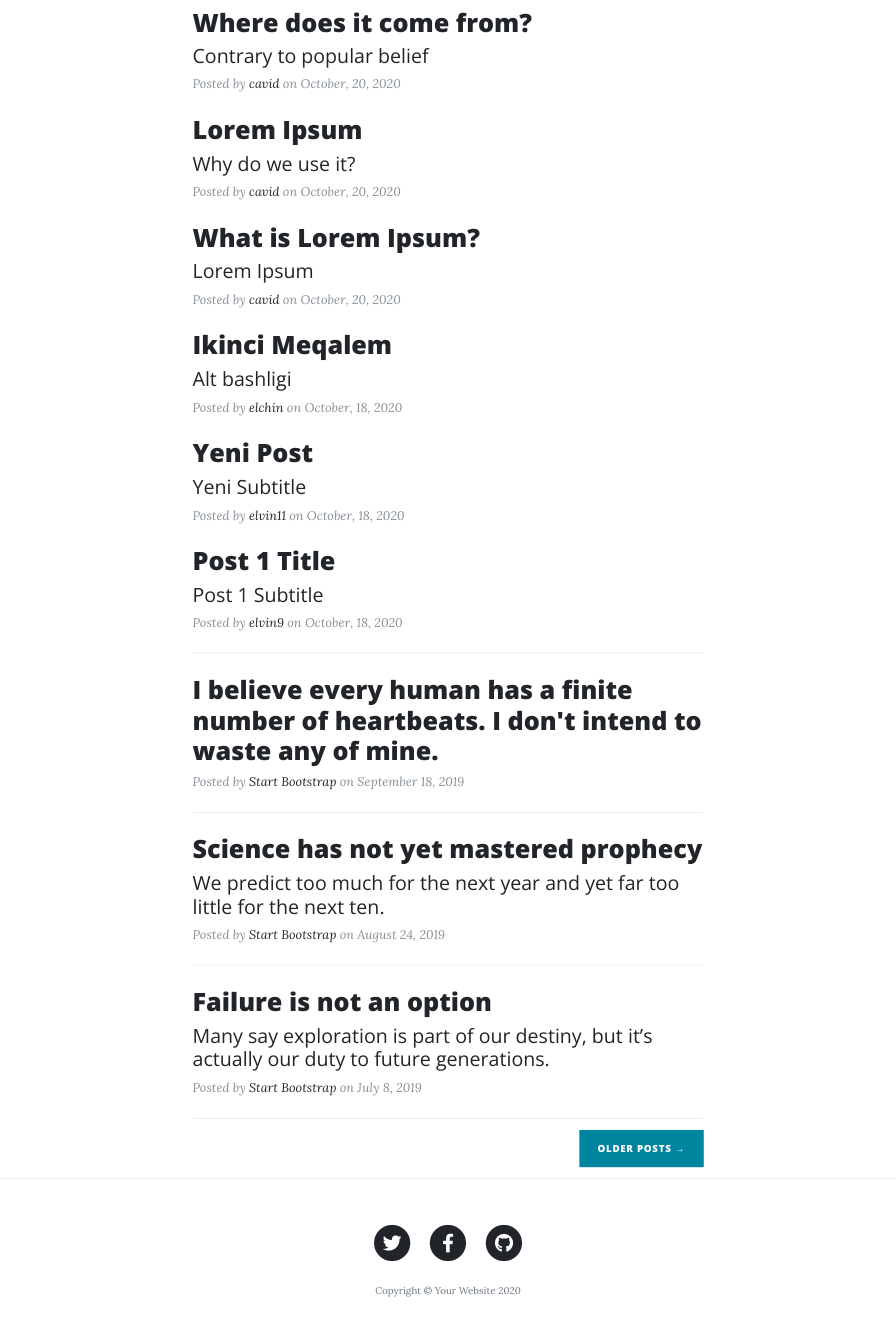
Repository: elvinyeka/elvin-blog
Page: http://localhost/
An editor plug-in stored every save of this project. The page is shown before and after the next save, followed by the edit.
The browser window is 1280 px wide. The pictures show the part of the page from y = 1375 to 3295 px (the page is 3295 px tall before and 2631 px after), at 70% of full size.
The page is served by the project's application, run on Flask 3 (CLEANBLOG/__init__.py). Other server files are loaded and not shown. The page reads the database file committed with the project.

Above is the page before, as saved 2020-10-18 23:02:47.

### CLEANBLOG/templates/index.html
{% extends 'base.html' %} {% block content%}

<!-- Page Header -->
<header class="masthead" style="background-image: url('{{url_for('static', filename = 'img/home-bg.jpg')}}')">
    <div class="overlay"></div>
    <div class="container">
        <div class="row">
            <div class="col-lg-8 col-md-10 mx-auto">
                <div class="site-heading">
                    <h1>Clean Blog</h1>
                    <span class="subheading">A Blog Theme by Start Bootstrap</span>
                </div>
            </div>
        </div>
    </div>
</header>

<!-- Main Content -->
<div class="container">



    <div class="row">
        <div class="col-lg-8 col-md-10 mx-auto">

            {% with messages = get_flashed_messages(with_categories = true) %}
                {% if messages %}
                    {% for category, message in messages %}
                        <div class="alert alert-{{category}}">
                            {{message}}
                        </div>
                    {% endfor %}

                {% endif %}
            {% endwith %}

            {% for post in posts %}
                <div class="post-preview">
                    <a href="post.html">
                        <h2 class="post-title">
                            {{post.title}}
                        </h2>
                        <h3 class="post-subtitle">
                            {{post.subtitle}}
                        </h3>
                    </a>
                    <p class="post-meta">Posted by
                        <a href="#">{{post.user.name}}</a> on {{post.post_date.strftime('%B, %d, %Y')}}</p>
                </div>

            {% endfor %}

            <hr>
            <div class="post-preview">
                <a href="post.html">
                    <h2 class="post-title">
                        I believe every human has a finite number of heartbeats. I don't intend to waste any of mine.
                    </h2>
                </a>
                <p class="post-meta">Posted by
                    <a href="#">Start Bootstrap</a> on September 18, 2019</p>
            </div>
            <hr>
            <div class="post-preview">
                <a href="post.html">
                    <h2 class="post-title">
                        Science has not yet mastered prophecy
                    </h2>
                    <h3 class="post-subtitle">
                        We predict too much for the next year and yet far too little for the next ten.
                    </h3>
                </a>
                <p class="post-meta">Posted by
                    <a href="#">Start Bootstrap</a> on August 24, 2019</p>
            </div>
            <hr>
            <div class="post-preview">
                <a href="post.html">
                    <h2 class="post-title">
                        Failure is not an option
                    </h2>
                    <h3 class="post-subtitle">
                        Many say exploration is part of our destiny, but it’s actually our duty to future generations.
                    </h3>
                </a>
                <p class="post-meta">Posted by
                    <a href="#">Start Bootstrap</a> on July 8, 2019</p>
            </div>
            <hr>
            <!-- Pager -->
            <div class="clearfix">
                <a class="btn btn-primary float-right" href="#">Older Posts &rarr;</a>
            </div>
        </div>
    </div>
</div>

<hr> {% endblock%}

### CLEANBLOG/templates/base.html
<!DOCTYPE html>
<html lang="en">

<head>

    <meta charset="utf-8">
    <meta name="viewport" content="width=device-width, initial-scale=1, shrink-to-fit=no">
    <meta name="description" content="">
    <meta name="author" content=""> {% if title %}
    <title>Clean Blog - {{title}}</title>
    {% else %}
    <title>Clean Blog</title>
    {% endif %}

    <!-- Bootstrap core CSS -->
    <link href="{{url_for('static', filename='bootstrap.min.css')}}" rel="stylesheet">

    <!-- Custom fonts for this template -->
    <link href="/static/css/all.min.css" rel="stylesheet" type="text/css">
    <link href='https://fonts.googleapis.com/css?family=Lora:400,700,400italic,700italic' rel='stylesheet' type='text/css'>
    <link href='https://fonts.googleapis.com/css?family=Open+Sans:300italic,400italic,600italic,700italic,800italic,400,300,600,700,800' rel='stylesheet' type='text/css'>

    <!-- Custom styles for this template -->
    <link href="{{url_for('static', filename='clean-blog.min.css')}}" rel="stylesheet">

</head>

<body>

    <!-- Navigation -->
    <nav class="navbar navbar-expand-lg navbar-light fixed-top" id="mainNav">
        <div class="container">
            <a class="navbar-brand" href="{{url_for('index')}}">Start Flask</a>
            <button class="navbar-toggler navbar-toggler-right" type="button" data-toggle="collapse" data-target="#navbarResponsive" aria-controls="navbarResponsive" aria-expanded="false" aria-label="Toggle navigation">
        Menu
        <i class="fas fa-bars"></i>
      </button>
            <div class="collapse navbar-collapse" id="navbarResponsive">
                <ul class="navbar-nav ml-auto">
                    <li class="nav-item">
                        <a class="nav-link" href="{{url_for('index')}}">Home</a>
                    </li>
                    <li class="nav-item">
                        <a class="nav-link" href="{{url_for('about')}}">About</a>
                    </li>
                    <!-- <li class="nav-item">
                        <a class="nav-link" href="{{url_for('post')}}">Sample Post</a>
                    </li> -->
                    <li class="nav-item">
                        <a class="nav-link" href="{{url_for('contact')}}">Contact</a>
                    </li>

                    {% if current_user.is_authenticated %}
                        <li class="nav-item">
                            <a class="nav-link" href="{{url_for('new_post')}}">Add Post</a>
                        </li>
                        <li class="nav-item">
                            <a class="nav-link" href="{{url_for('logout')}}">LOGOUT</a>
                        </li>

                    {% else %}
                        <li class="nav-item">
                            <a class="nav-link" href="{{url_for('login')}}">LOGIN</a>
                        </li>

                        <li class="nav-item">
                            <a class="nav-link" href="{{url_for('register')}}">REGISTER</a>
                        </li>
                    {% endif %}

                </ul>
            </div>
        </div>
    </nav>

    {% block content%} {% endblock%}


    <!-- Footer -->
    <footer>
        <div class="container">
            <div class="row">
                <div class="col-lg-8 col-md-10 mx-auto">
                    <ul class="list-inline text-center">
                        <li class="list-inline-item">
                            <a href="#">
                                <span class="fa-stack fa-lg">
                                    <i class="fas fa-circle fa-stack-2x"></i>
                                    <i class="fab fa-twitter fa-stack-1x fa-inverse"></i>
                                </span>
                            </a>
                        </li>
                        <li class="list-inline-item">
                            <a href="#">
                                <span class="fa-stack fa-lg">
                                    <i class="fas fa-circle fa-stack-2x"></i>
                                    <i class="fab fa-facebook-f fa-stack-1x fa-inverse"></i>
                                </span>
                            </a>
                        </li>
                        <li class="list-inline-item">
                            <a href="#">
                                <span class="fa-stack fa-lg">
                                    <i class="fas fa-circle fa-stack-2x"></i>
                                    <i class="fab fa-github fa-stack-1x fa-inverse"></i>
                                </span>
                            </a>
                        </li>
                    </ul>
                    <p class="copyright text-muted">Copyright &copy; Your Website 2020</p>
                </div>
            </div>
        </div>
    </footer>

    <!-- Bootstrap core JavaScript -->
    <script src="{{url_for('static', filename='jquery.min.js')}}"></script>
    <script src="{{url_for('static', filename='bootstrap.bundle.min.js')}}"></script>

    <!-- Custom scripts for this template -->
    <script src="{{url_for('static', filename='clean-blog.min.js')}}"></script>

</body>

</html>

### CLEANBLOG/routes.py
from flask import render_template, flash, redirect, url_for
from CLEANBLOG import app, db
from CLEANBLOG.forms import RegisterForm, LoginForm, PostForm
from CLEANBLOG.models import  User, Post
from flask_login import login_user, current_user, logout_user, login_required


@app.route('/')
def index():
    posts = Post.query.order_by(Post.id.desc()).all()
    return render_template('index.html', title = 'HOME', posts=posts)

@app.route('/about')
def about():
    return render_template('about.html',title = 'ABOUT')

@app.route('/post')
def post():
    return render_template('post.html', title = 'POST')

@app.route('/contact')
def contact():
    return render_template('contact.html', title = 'CONTACT')

@app.route('/register', methods=['GET','POST'])
def register():
    if current_user.is_authenticated:
        return redirect(url_for('index'))
    form = RegisterForm()
    if form.validate_on_submit():
        user = User(name=form.name.data, email=form.email.data, password=form.password.data)
        db.session.add(user)
        db.session.commit()
        flash(f'{form.name.data} registered', 'success')
        return redirect(url_for('login'))
    return render_template('register.html', title = 'REGISTER', form=form)

@app.route('/login',methods=['GET', 'POST'])
def login():
    if current_user.is_authenticated:
        return redirect(url_for('index'))
    form = LoginForm()
    if form.validate_on_submit():
        user=User.query.filter_by(email=form.email.data).first()
        if user and user.password== form.password.data:
            login_user(user)
            return redirect(url_for('index'))
        else:
            flash(f'Login Unseccsful', 'danger')
    return render_template('login.html', title = 'LOGIN', form=form)


@app.route('/logout')
def logout():
    logout_user()
    return redirect(url_for('index'))


@app.route('/post.new', methods=['GET', 'POST'])
@login_required
def new_post():
    form = PostForm()
    if form.validate_on_submit():
        post= Post(title=form.title.data, subtitle= form.subtitle.data, post_text= form.post_text.data, user= current_user)
        db.session.add(post)
        db.session.commit()
        flash(f'Post is created', 'succes')
        return redirect(url_for('index'))
    return render_template('create_post.html', title = 'Create Post', form=form)

### CLEANBLOG/__init__.py
from flask import Flask
from flask_sqlalchemy import SQLAlchemy
from flask_login import  LoginManager

app = Flask(__name__)
app.config['SECRET_KEY'] = 'mysecretkey'
app.config['SQLALCHEMY_DATABASE_URI'] = 'sqlite:///blog.db'
db = SQLAlchemy(app)
login_manager = LoginManager(app)



from CLEANBLOG import  routes

### CLEANBLOG/blog.db (the tables this page reads, as SQL)
CREATE TABLE post (
	id INTEGER NOT NULL, 
	title VARCHAR NOT NULL, 
	subtitle VARCHAR NOT NULL, 
	post_date DATETIME NOT NULL, 
	post_text TEXT NOT NULL, 
	user_id INTEGER NOT NULL, 
	PRIMARY KEY (id), 
	FOREIGN KEY(user_id) REFERENCES user (id)
);
INSERT INTO "post" VALUES
(1, 'Post 1 Title', 'Post 1 Subtitle', '2020-10-18 22:56:19.607922', 'Posr 1 Text', 6),
(2, 'Yeni Post', 'Yeni Subtitle', '2020-10-18 23:00:27.439504', 'Yeni Postun icindekileri', 7),
(3, 'Ikinci Meqalem', 'Alt bashligi', '2020-10-18 23:09:42.016592', 'Meqaleni deyishdim', 8),
(4, 'What is Lorem Ipsum?', 'Lorem Ipsum', '2020-10-20 19:57:16.270032', 'Lorem Ipsum is simply dummy text of the printing and typesetting industry. Lorem Ipsum has been the industry''s standard dummy text ever since the 1500s, when an unknown printer took a galley of type and scrambled it to make a type specimen book. It has survived not only five centuries, but also the leap into electronic typesetting, remaining essentially unchanged. It was popularised in the 1960s with the release of Letraset sheets containing Lorem Ipsum passages, and more recently with desktop publishing software like Aldus PageMaker including versions of Lorem Ipsum.

Why do we use it?
It is a long established fact that a reader will be distracted by the readable content of a page when looking at its layout. The point of using Lorem Ipsum is that it has a more-or-less normal distribution of letters, as opposed to using ''Content here, content here'', making it look like readable English. Many desktop publishing packages and web page editors now use Lorem Ipsum as their default model text, and a search for ''lorem ipsum'' will uncover many web sites still in their infancy. Various versions have evolved over the years, sometimes by accident, sometimes on purpose (injected humour and the like).

', 9),
(5, 'Lorem Ipsum', 'Why do we use it?', '2020-10-20 19:57:55.270840', 'It is a long established fact that a reader will be distracted by the readable content of a page when looking at its layout. The point of using Lorem Ipsum is that it has a more-or-less normal distribution of letters, as opposed to using ''Content here, content here'', making it look like readable English. Many desktop publishing packages and web page editors now use Lorem Ipsum as their default model text, and a search for ''lorem ipsum'' will uncover many web sites still in their infancy. Various versions have evolved over the years, sometimes by accident, sometimes on purpose (injected humour and the like).', 9),
(6, 'Where does it come from?', 'Contrary to popular belief', '2020-10-20 19:58:42.148498', 'Contrary to popular belief, Lorem Ipsum is not simply random text. It has roots in a piece of classical Latin literature from 45 BC, making it over 2000 years old. Richard McClintock, a Latin professor at Hampden-Sydney College in Virginia, looked up one of the more obscure Latin words, consectetur, from a Lorem Ipsum passage, and going through the cites of the word in classical literature, discovered the undoubtable source. Lorem Ipsum comes from sections 1.10.32 and 1.10.33 of "de Finibus Bonorum et Malorum" (The Extremes of Good and Evil) by Cicero, written in 45 BC. This book is a treatise on the theory of ethics, very popular during the Renaissance. The first line of Lorem Ipsum, "Lorem ipsum dolor sit amet..", comes from a line in section 1.10.32.

The standard chunk of Lorem Ipsum used since the 1500s is reproduced below for those interested. Sections 1.10.32 and 1.10.33 from "de Finibus Bonorum et Malorum" by Cicero are also reproduced in their exact original form, accompanied by English versions from the 1914 translation by H. Rackham', 9),
(7, 'Where can I get some?', 'There are many variations', '2020-10-20 19:59:20.919263', 'There are many variations of passages of Lorem Ipsum available, but the majority have suffered alteration in some form, by injected humour, or randomised words which don''t look even slightly believable. If you are going to use a passage of Lorem Ipsum, you need to be sure there isn''t anything embarrassing hidden in the middle of text. All the Lorem Ipsum generators on the Internet tend to repeat predefined chunks as necessary, making this the first true generator on the Internet. It uses a dictionary of over 200 Latin words, combined with a handful of model sentence structures, to generate Lorem Ipsum which looks reasonable. The generated Lorem Ipsum is therefore always free from repetition, injected humour, or non-characteristic words etc.', 9),
(8, 'The standard Lorem Ipsum passage, used since the 1500s', 'Sed ut perspiciatis unde omnis iste natus error sit voluptatem accusantium doloremque laudantium, totam rem aperiam, eaque ipsa quae ab illo inventore veritatis et quasi architecto beatae vitae dicta sunt explicabo.', '2020-10-20 20:03:16.248766', '"Sed ut perspiciatis unde omnis iste natus error sit voluptatem accusantium doloremque laudantium, totam rem aperiam, eaque ipsa quae ab illo inventore veritatis et quasi architecto beatae vitae dicta sunt explicabo. Nemo enim ipsam voluptatem quia voluptas sit aspernatur aut odit aut fugit, sed quia consequuntur magni dolores eos qui ratione voluptatem sequi nesciunt. Neque porro quisquam est, qui dolorem ipsum quia dolor sit amet, consectetur, adipisci velit, sed quia non numquam eius modi tempora incidunt ut labore et dolore magnam aliquam quaerat voluptatem. Ut enim ad minima veniam, quis nostrum exercitationem ullam corporis suscipit laboriosam, nisi ut aliquid ex ea commodi consequatur? Quis autem vel eum iure reprehenderit qui in ea voluptate velit esse quam nihil molestiae consequatur, vel illum qui dolorem eum fugiat quo voluptas nulla pariatur?"', 9),
(9, '1914 translation by H. Rackham', 'But I must explain to you how all this mistaken idea of denouncing pleasure and praising pain was born and I will give you a complete account of the system, and expound the actual teachings of the great explorer of the truth, the master-builder of human happiness.', '2020-10-20 20:04:14.325370', 'But I must explain to you how all this mistaken idea of denouncing pleasure and praising pain was born and I will give you a complete account of the system, and expound the actual teachings of the great explorer of the truth, the master-builder of human happiness. No one rejects, dislikes, or avoids pleasure itself, because it is pleasure, but because those who do not know how to pursue pleasure rationally encounter consequences that are extremely painful. Nor again is there anyone who loves or pursues or desires to obtain pain of itself, because it is pain, but because occasionally circumstances occur in which toil and pain can procure him some great pleasure. To take a trivial example, which of us ever undertakes laborious physical exercise, except to obtain some advantage from it? But who has any right to find fault with a man who chooses to enjoy a pleasure that has no annoying consequences, or one who avoids a pain that produces no resultant pleasure?', 9);

CREATE TABLE user (
	id INTEGER NOT NULL, 
	name VARCHAR NOT NULL, 
	email VARCHAR NOT NULL, 
	password VARCHAR NOT NULL, 
	PRIMARY KEY (id), 
	UNIQUE (email)
);
INSERT INTO "user" VALUES
(1, 'Elvin Yeka', 'elvinyeka@gmail.com', '123654'),
(2, 'samir', 'samir@mail.com', '123'),
(3, 'samir', 'samir@gmail.com', '123'),
(4, 'Ehmed', 'ehmed@mail.com', '123'),
(5, 'elvin8', 'elvin8@gmail.com', '123456'),
(6, 'elvin9', 'elvin9@gmail.com', '123'),
(7, 'elvin11', 'elvin11@gmail.com', '123'),
(8, 'elchin', 'elchin.yekayev86@gmail.com', '123456'),
(9, 'cavid', 'cavid@pragmatech.com', '123'),
(10, 'elvin100', 'elvin100@gmail.com', '123');

Loaded but not shown: CLEANBLOG/static/bootstrap.min.css (library); CLEANBLOG/static/css/all.min.css (library); CLEANBLOG/static/clean-blog.min.css (library); CLEANBLOG/static/jquery.min.js (library); CLEANBLOG/static/bootstrap.bundle.min.js (library); CLEANBLOG/static/clean-blog.min.js (common file)

After the next save:
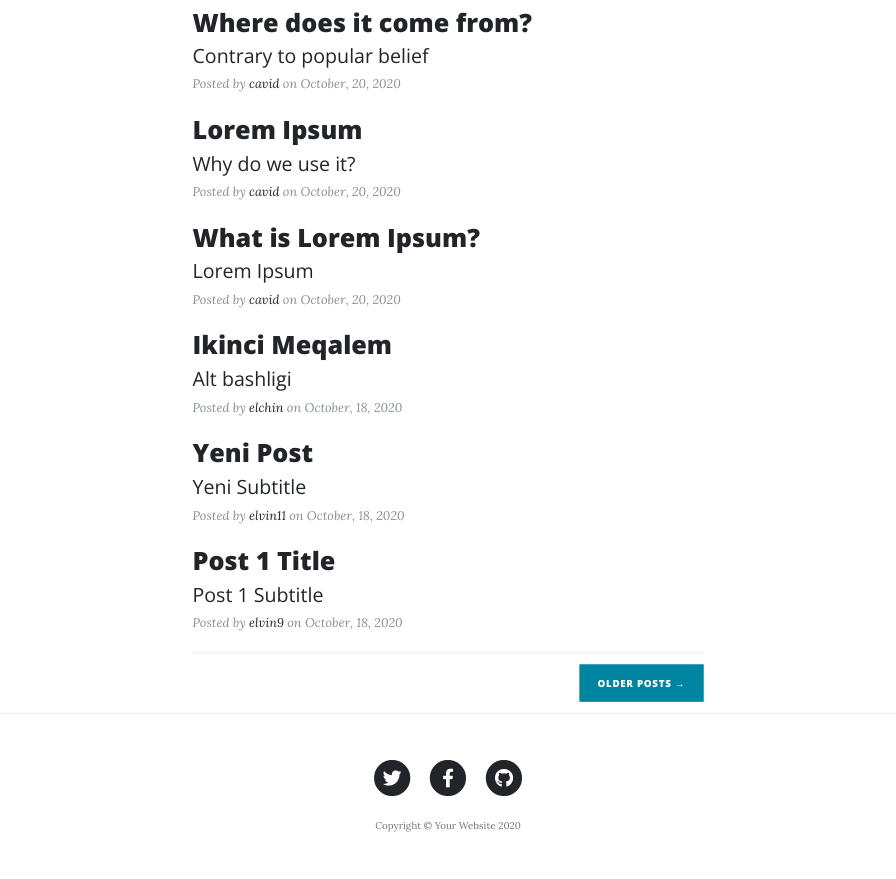
Saved 84 s later.
--- a/CLEANBLOG/templates/index.html
+++ b/CLEANBLOG/templates/index.html
@@ -49,44 +49,8 @@
                 </div>
 
             {% endfor %}
+            <hr>
 
-            <hr>
-            <div class="post-preview">
-                <a href="post.html">
-                    <h2 class="post-title">
-                        I believe every human has a finite number of heartbeats. I don't intend to waste any of mine.
-                    </h2>
-                </a>
-                <p class="post-meta">Posted by
-                    <a href="#">Start Bootstrap</a> on September 18, 2019</p>
-            </div>
-            <hr>
-            <div class="post-preview">
-                <a href="post.html">
-                    <h2 class="post-title">
-                        Science has not yet mastered prophecy
-                    </h2>
-                    <h3 class="post-subtitle">
-                        We predict too much for the next year and yet far too little for the next ten.
-                    </h3>
-                </a>
-                <p class="post-meta">Posted by
-                    <a href="#">Start Bootstrap</a> on August 24, 2019</p>
-            </div>
-            <hr>
-            <div class="post-preview">
-                <a href="post.html">
-                    <h2 class="post-title">
-                        Failure is not an option
-                    </h2>
-                    <h3 class="post-subtitle">
-                        Many say exploration is part of our destiny, but it’s actually our duty to future generations.
-                    </h3>
-                </a>
-                <p class="post-meta">Posted by
-                    <a href="#">Start Bootstrap</a> on July 8, 2019</p>
-            </div>
-            <hr>
             <!-- Pager -->
             <div class="clearfix">
                 <a class="btn btn-primary float-right" href="#">Older Posts &rarr;</a>
